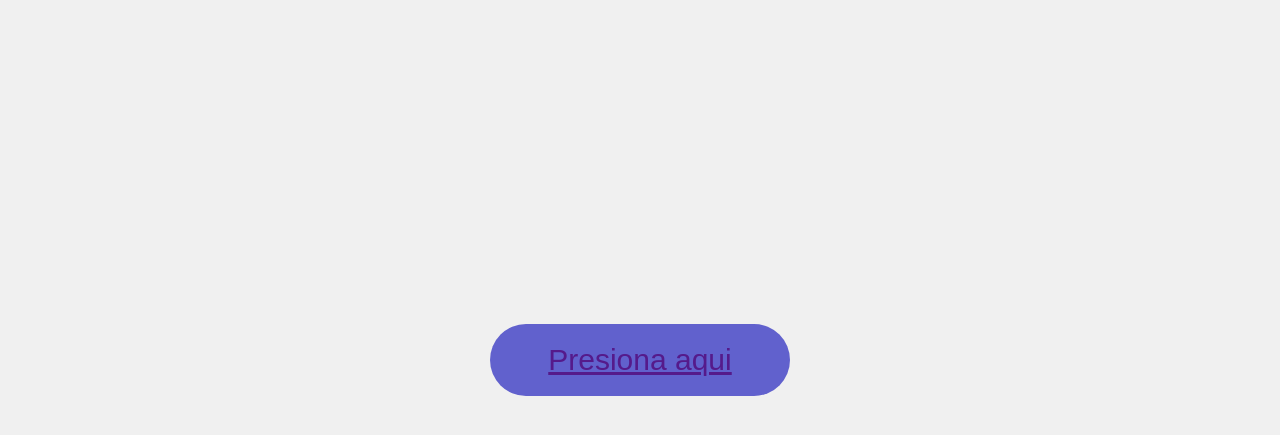
Repository: ye909/secreto
Page: inicio.html
The author's editor kept a copy of each file at every save. The page is drawn from the files as they stood at one save, then again after the next save.
The browser window is 1280 px wide. The pictures show the whole page.

Above is the page before, as saved 2025-02-20 21:36:05.

After the next save:
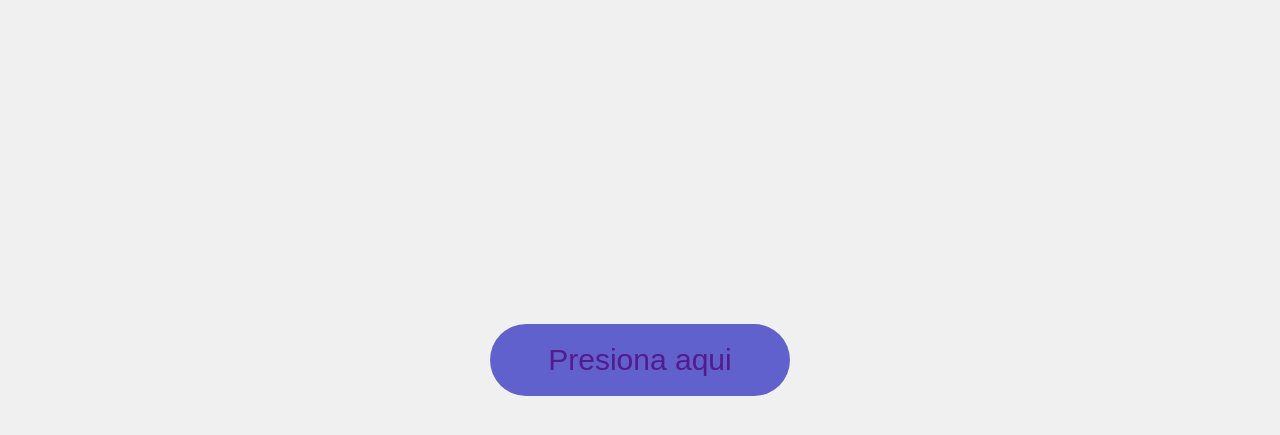
Saved 31 s later.
--- a/inicio.css
+++ b/inicio.css
@@ -26,6 +26,10 @@ body, html {
         transform: translateY(0);
     }
 }
+a{
+    text-decoration: none;
+    list-style: none;
+}
 #btn{
     display: none;
     width: 300px;
